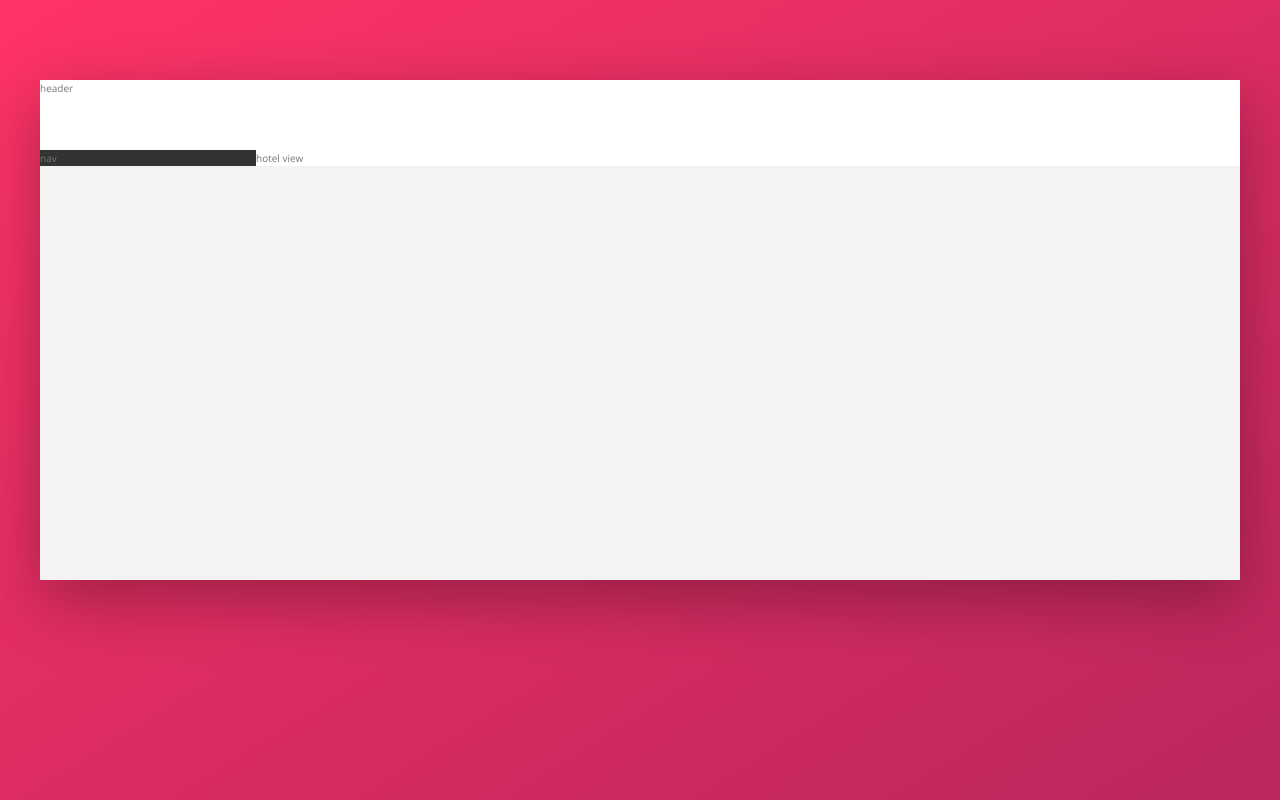
Repository: ajayaj2001/modern-Hotel
Page: /
An editor plug-in stored every save of this project. The page is shown before and after the next save, followed by the edit.
The browser window is 1280 px wide. The pictures show the whole page.
The project was rebuilt for these pictures with package versions that can differ from the ones it lists, and the page was loaded fresh each time. Also part of the build but not shown: src/header/Header.scss.

Above is the page before, as saved 2020-12-12 23:11:16.

After the next save:
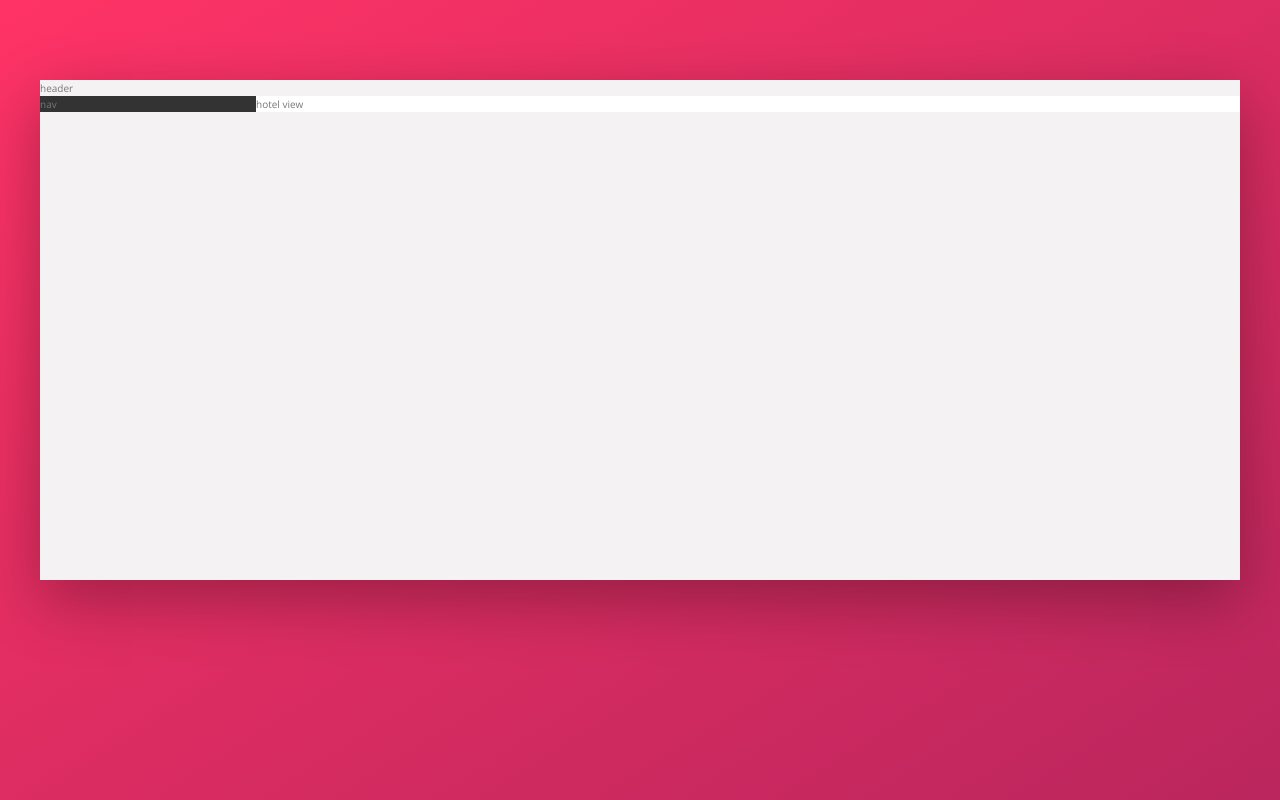
Saved 8 s later.
--- a/src/app/App.scss
+++ b/src/app/App.scss
@@ -6,9 +6,6 @@
     min-height: 50rem;
 }
 .header {
-    height: 7rem;
-    background-color: #fff;
-    border-bottom: var(--color-gray-light-2);
 }
 .content {
     display: flex;
